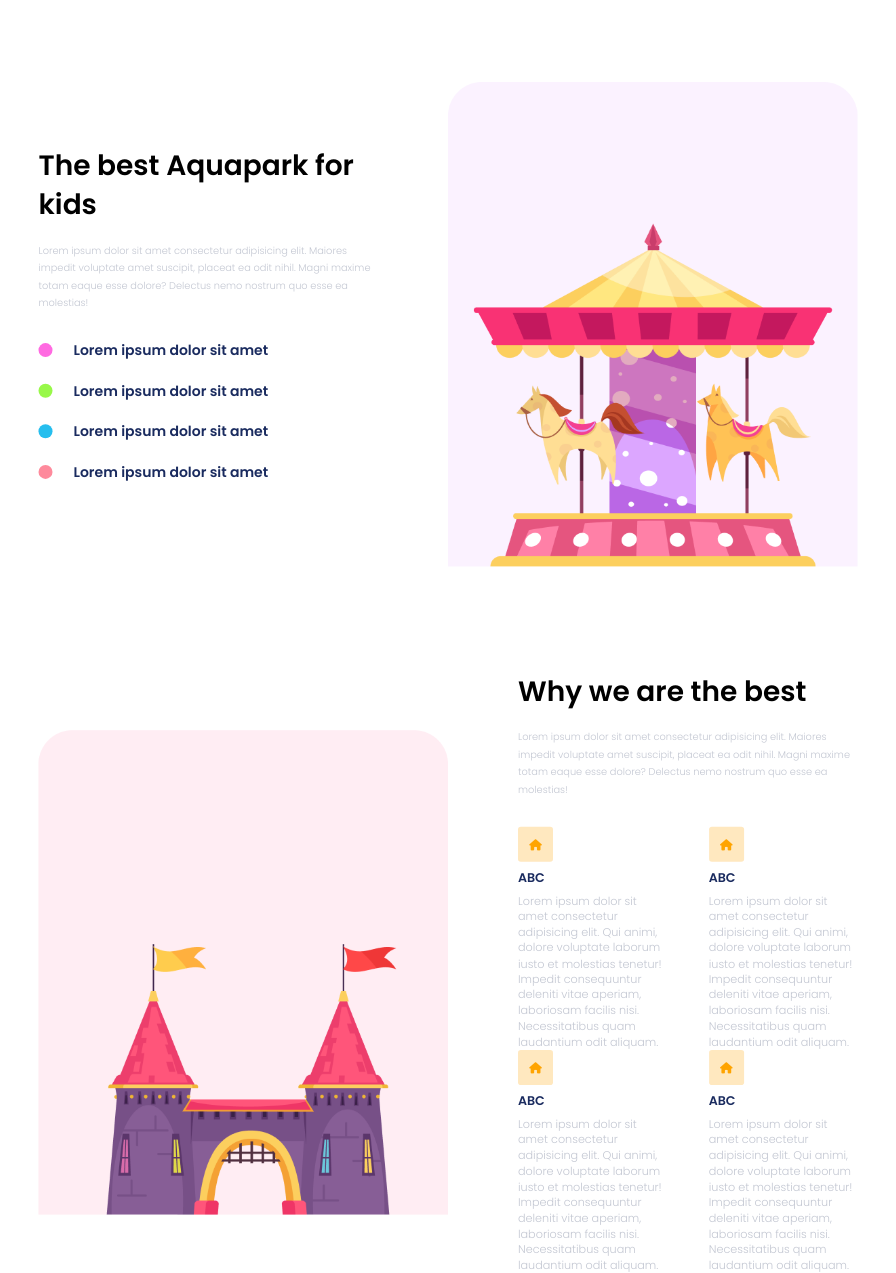
Repository: khuong30082000/the-playground
Page: index.html
These files come from the project's save history. The page is drawn as it stood at one moment and after the next save; the edit follows.
The browser window is 1280 px wide. The pictures show the part of the page from y = 2083 to 4003 px (the page is 3902 px tall before and 4003 px after), at 70% of full size.
Some web libraries are served in a nearby version. The style sheet was rebuilt from its Sass, Less or Tailwind sources for each picture, by a compiler version that may differ from the author's.

Above is the page before, as saved 2022-06-20 22:19:04.

### index.html
<!DOCTYPE html>
<html lang="en">
  <head>
    <meta charset="UTF-8" />
    <meta http-equiv="X-UA-Compatible" content="IE=edge" />
    <meta name="viewport" content="width=device-width, initial-scale=1.0" />
    <title>Document</title>
    <link rel="stylesheet" href="css/style.css" />
    <link rel="preconnect" href="https://fonts.googleapis.com" />
    <link rel="preconnect" href="https://fonts.gstatic.com" crossorigin />
    <link
      href="https://fonts.googleapis.com/css2?family=Poppins:wght@300;400;600;700&display=swap"
      rel="stylesheet"
    />
    <link rel="stylesheet" href="https://cdnjs.cloudflare.com/ajax/libs/font-awesome/6.1.1/css/all.min.css" integrity="sha512-KfkfwYDsLkIlwQp6LFnl8zNdLGxu9YAA1QvwINks4PhcElQSvqcyVLLD9aMhXd13uQjoXtEKNosOWaZqXgel0g==" crossorigin="anonymous" referrerpolicy="no-referrer" />
  </head>
   <!-- sass scss/style.scss css/style.css --watch -->
  <body>
    <div class="wrapper">
      <header class="header">
        <div class="container header__inner">
          <a href="" class="header__logo">
            <span class="header__text">Play</span>ground
          </a>
          <nav class="header__menu">
            <ul class="header__menu-list">
              <li class="header__menu-item">
                <a href="" class="header__menu-link">Events</a>
              </li>
              <li class="header__menu-item">
                <a href="" class="header__menu-link">Pricing</a>
              </li>
              <li class="header__menu-item">
                <a href="" class="header__menu-link">Blog</a>
              </li>
              <li class="header__menu-item ">
                <a href="" class="header__menu-link header__menu-login">Login</a>
              </li>
            </ul>
          </nav>
        </div>
      </header>
      <section class="banner">
        <div class="container">
            <h1 class="banner__heading">The Kids PlayGround</h1>
            <p class="banner__desc">Lorem ipsum dolor sit amet consectetur adipisicing elit. Vitae voluptatibus minus veritatis. Minus explicabo maxime blanditiis reprehenderit. Voluptatum, quae. Expedita itaque sunt necessitatibus excepturi illum ea maxime quod corrupti vitae.</p>
            <div class="banner__buttons">
                  <a href="" class="btn btn--border btn--rounded">Explore</a>
                  <a href="" class="btn btn--primary btn--rounded has-shadow">Buy Tickets</a>
            </div>
        </div>
      </section>
     <section class="category">
        <div class="container">
            <ul class="category__list">
                <li class="category__item">
                    <img src="images/img1.png" alt="" class="category__image">
                    <h3 class="category__name">Safe Rides Safe Rides Safe Rides </h3>
                    <a href="" class="category__details">
                        abc <i class="fa fa-angle-right"></i>
                    </a>
                </li>
                <li class="category__item">
                    <img src="images/img2.png" alt="" class="category__image">
                    <h3 class="category__name">Safe Rides</h3>
                    <a href="" class="category__details">
                        abc <i class="fa fa-angle-right"></i>
                    </a>
                </li>
                <li class="category__item">
                    <img src="images/img3.png" alt="" class="category__image">
                    <h3 class="category__name">Safe Rides</h3>
                    <a href="" class="category__details">
                        abc <i class="fa fa-angle-right"></i>
                    </a>
                </li>
                <li class="category__item">
                    <img src="images/img4.png" alt="" class="category__image">
                    <h3 class="category__name">Safe Rides</h3>
                    <a href="" class="category__details">
                        abc <i class="fa fa-angle-right"></i>
                    </a>
                </li>
            </ul>
        </div>
     </section>
     <section class="feature">
      <div class="container">
        <div class="feature__item">
          <div class="feature__image">
            <img src="images/img5.png" alt="" srcset="">
          </div>
          <div class="feature__info">
            <h2 class="feature__heading">The outdoor environment is age-appropriate to play</h2>
            <p class="feature__desc">Lorem ipsum dolor sit amet consectetur adipisicing elit. Maiores impedit voluptate amet suscipit, placeat ea odit nihil. Magni maxime totam eaque esse dolore? Delectus nemo nostrum quo esse ea molestias!</p>
            <ul class="feature__list">
              <li class="feature__intro-item">Lorem ipsum dolor sit amet consectetur adipisicing elit.</li>
              <li class="feature__intro-item">Lorem ipsum dolor sit amet consectetur adipisicing elit.</li>
              <li class="feature__intro-item">Lorem ipsum dolor sit amet consectetur adipisicing elit.</li>
            </ul>
            <a href="" class="btn btn--primary btn--rounded">Visit Now </a>

          </div>

        </div>
        <div class="feature__item">
          <div class="feature__image">
            <img src="images/img6.png" alt="" srcset="">
          </div>
          <div class="feature__info">
            <h2 class="feature__heading">The best Aquapark for kids</h2>
            <p class="feature__desc">Lorem ipsum dolor sit amet consectetur adipisicing elit. Maiores impedit voluptate amet suscipit, placeat ea odit nihil. Magni maxime totam eaque esse dolore? Delectus nemo nostrum quo esse ea molestias!</p>
            <ul class="feature__list">
              <li class="feature__intro-item feature__intro-item--circle">Lorem ipsum dolor sit amet</li>
              <li class="feature__intro-item feature__intro-item--circle">Lorem ipsum dolor sit amet</li>
              <li class="feature__intro-item feature__intro-item--circle">Lorem ipsum dolor sit amet</li>
              <li class="feature__intro-item feature__intro-item--circle">Lorem ipsum dolor sit amet</li>
            </ul>

          </div>

        </div>
        <div class="feature__item">
          <div class="feature__image">
            <img src="images/img7.png" alt="" srcset="">
          </div>
          <div class="feature__info">
            <h2 class="feature__heading">Why we are the best</h2>
            <p class="feature__desc">Lorem ipsum dolor sit amet consectetur adipisicing elit. Maiores impedit voluptate amet suscipit, placeat ea odit nihil. Magni maxime totam eaque esse dolore? Delectus nemo nostrum quo esse ea molestias!</p>
            <ul class="feature__best-list">
              <li class="feature__best-item">
               <div class="feature__best-icon">
                 <i class="fa fa-home"></i>
               </div>
                <h4 class="feature__best-title">ABC</h4>
                <p class="feature__best-desc">Lorem ipsum dolor sit amet consectetur adipisicing elit. Qui animi, dolore voluptate laborum iusto et molestias tenetur! Impedit consequuntur deleniti vitae aperiam, laboriosam facilis nisi. Necessitatibus quam laudantium odit aliquam.</p>
              </li>
              <li class="feature__best-item">
                <div class="feature__best-icon">
                  <i class="fa fa-home"></i>
                </div>
                <h4 class="feature__best-title">ABC</h4>
                <p class="feature__best-desc">Lorem ipsum dolor sit amet consectetur adipisicing elit. Qui animi, dolore voluptate laborum iusto et molestias tenetur! Impedit consequuntur deleniti vitae aperiam, laboriosam facilis nisi. Necessitatibus quam laudantium odit aliquam.</p>
              </li>
              <li class="feature__best-item">
                <div class="feature__best-icon">
                  <i class="fa fa-home"></i>
                </div>
                <h4 class="feature__best-title">ABC</h4>
                <p class="feature__best-desc">Lorem ipsum dolor sit amet consectetur adipisicing elit. Qui animi, dolore voluptate laborum iusto et molestias tenetur! Impedit consequuntur deleniti vitae aperiam, laboriosam facilis nisi. Necessitatibus quam laudantium odit aliquam.</p>
              </li>
              <li class="feature__best-item">
                <div class="feature__best-icon">
                  <i class="fa fa-home"></i>
                </div>
                <h4 class="feature__best-title">ABC</h4>
                <p class="feature__best-desc">Lorem ipsum dolor sit amet consectetur adipisicing elit. Qui animi, dolore voluptate laborum iusto et molestias tenetur! Impedit consequuntur deleniti vitae aperiam, laboriosam facilis nisi. Necessitatibus quam laudantium odit aliquam.</p>
              </li>

            </ul>

          </div>

        </div>
      </div>
     </section>
    </div>
  </body>
</html>

### scss/style.scss
@import "./variable";
@import "./mixins";
@import "./base";
@import  "./header";
@import "./banner";
@import "./category";
@import "./feature";

### scss/_variable.scss
$primary-color:#ffc87a;
$text-color:#1a2b5f;
$desc-color:rgb(195,199,210);

### scss/_mixins.scss
@mixin flex($align:flex-start,$justify:flex-start,$wrap:nowrap) {
   display:flex;
   align-items: $align;
   justify-content: $justify;
   flex-wrap: $wrap;
}

### scss/_base.scss
*,
*::before,
*::after {
    box-sizing: border-box;
}
* {
    margin: 0;
    padding: 0;
}

html,
body {
    height: 100%;
    font-size: 62.5%;
}
a {
    text-decoration: none;
}
ul {
    list-style: none;;
}
body {
    line-height: 1.5;
    -webkit-font-smoothing: antialiased;
    -webkit-tap-highlight-color: rgba(0, 0, 0, 0);
}
img {
    display: block;
    max-width: 100%;
}

input,
button,
textarea,
select {
    font: inherit;
    outline: none;
    border: none;
}
p,
h1,
h2,
h3,
h4,
h5,
h6 {
    overflow-wrap: break-word;
}
body {
    font-family: "Poppins", sans-serif;
    font-size: 1.6rem;
    line-height: 1.4;

}
.wrapper {
    max-width: 1440px;
    margin: auto ;
}
.container {
    max-width: 1210px;
    padding-left: 20px;
    padding-right: 20px;
    margin: 0 auto;
}
.btn {
    cursor: pointer;
    outline: none;
    text-align: center;
    font-size: 1.6rem;
    color: $text-color;
    display: inline-block;
    padding: 15px 30px;
    border: 0;
    background-color: transparent;
    &--border {
        border: 1px solid currentColor;
    }
    &--rounded {
        border-radius: 50px;
    }
    &--primary {
        background-color: $primary-color;
        &.has-shadow {
            box-shadow: 0 10px 35px -5px $primary-color;
        }
    }
}

### scss/_header.scss
.header {
  padding-top: 40px;
  &__logo {
    font-size: 2.5rem;
    font-weight: 600;
    color: $text-color;
  }
  &__text {
    color: $primary-color;
  }
  &__inner {
    display: flex;
    justify-content: space-between;
  }

  &__menu-list {
    display: flex;
    align-items: center;
  }
  &__menu-item {
    margin-left: 50px;

  }
  &__menu-item:last-child {
    margin-left: 70px;
  }
  &__menu-link {
    font-size: 1.6rem;
    color: $text-color;
    transition: color .25s linear,border .25s linear;
    &:hover {
      color: $primary-color;
    }
  }
  &__menu-login {
    padding:15px 25px;
    border:1px solid currentColor;
    border-radius: 25px;
  }
}

### scss/_banner.scss
.banner{
    padding-top: 150px;
    padding-bottom: 150px;
    margin: 0 auto;
    max-width: 800px;
    text-align: center;
    &__heading {
       font-weight: 700;
       font-size: 4.5rem;
       margin-bottom: 30px;
       color:$text-color;
    }
    &__desc{
        margin-bottom:20px;
        font-size: 1.8rem;
        font-weight: 300;
        margin-bottom: 40px;
        color:$desc-color;
    }
    &__buttons {
        display: flex;
        justify-content: center;
        align-items: stretch;
        .btn {
            margin:0 10px;
        }
    }
}

### scss/_category.scss
.category {
    &__list {
        display: flex;
        align-items: stretch;
        justify-content: space-between;
        flex-wrap: wrap;
    }
    &__item {
        width: calc(25% - 22.5px);
        padding: 25px;
        // background-color: #fafafa;
        border-radius: 20px;
        display: flex;
        // align-items: stretch;
        flex-direction: column;
        &:first-child {
            box-shadow: 0 6px 35px 20px rgb(255,243,247);
        }
        &:nth-child(2) {
            box-shadow: 0 6px 35px 20px rgb(255,237,236);
        }
        &:nth-last-child(2) {
            box-shadow: 0 6px 35px 20px rgb(239,241,254);
        }
        &:last-child {
            box-shadow: 0 6px 35px 20px rgb(254,248,236);
        }
    }
    &__image {
        border-radius: inherit;
        height: 230px;
        width: 100%;
        object-fit: cover;
        margin-bottom: 40px;
    }
    &__name {
        font-size: 2.5rem;
        margin-bottom: 25px;
        color:$text-color;
        // white-space: nowrap;
        // overflow: hidden;
        // text-overflow: ellipsis;

    }
    &__details {
        font-size: 1.4rem;
        color:$desc-color;
        margin-top: auto;
        & i {
            margin-left: 15px;
        }
    }


}

### scss/_feature.scss
.feature {
    padding-top: 180px;
    &__item {
        display: flex;
        align-items: center;
        margin-bottom: 150px;
        &:nth-child(odd) {
            .feature__info {
                padding-left: 100px;
            }
        }
        &:nth-child(even) {
            flex-direction: row-reverse;
            .feature__info {
                padding-right: 100px;
            }
        }
    }
    &__image,&__info {
        width: 50%;
    }
    // &__info {
    //    padding-left: 100px;
    // }
    &__heading {
        font-size: 40px;
        font-weight: 600;
        margin-bottom: 25px;
    }
    &__desc {
        font-weight: 300;
        font-size: 1.4rem;
        color:$desc-color;
        margin-bottom: 40px;
        line-height: 1.8;
    }
    &__list{
        & .feature__intro-item {
            font-weight: 600;
            margin-bottom: 30px;
            text-decoration: underline;
            font-size: 2rem;
            color:$text-color;
            &--circle {
                text-decoration: none;
                position: relative;
                padding-left: 50px;
                &::before {
                    content: "";
                    left: 0;
                    top: 50%;
                    transform: translateY(-50%);
                    width: 20px;
                    height: 20px;
                    border-radius: 20px;
                    background-color: rgb(255,106,225);
                    position: absolute;

                }
                &:nth-child(2)::before {
                    background-color: rgb(152,248,73);
                }
                &:nth-child(3)::before {
                    background-color: rgb(38,190,238);
                }
                &:last-child::before {
                    background-color: rgb(254,138,156);
                }

            }

        }
    }
    &__best {
        &-list {
            display: flex;
            justify-content: space-between;
            flex-wrap: wrap;

        }
        &-item {
            width: calc(50% - 30px);
        }
        &-icon {
            margin-bottom: 10px;
            width: 50px;
            height: 50px;
            border-radius: 4px;
            color:#ffa400;
            position: relative;
            display: flex;
            justify-content: center;
            align-items: center;
            position: relative;
            z-index: 1;
            &::after {
                content: "";
                width: 100%;
                height: 100%;
                border-radius: inherit;
                background-color: currentColor;
                position: absolute;
                opacity: 0.25;
                top:0;
                left: 0;
                z-index: -1;
            }

        }
        &-title {
            font-size: 1.8rem;
            margin-bottom: 10px;
            font-weight: 600;
            color: $text-color;
        }
        &-desc {
            font-weight: 300;
            color:$desc-color;
        }

    }
}

After the next save:
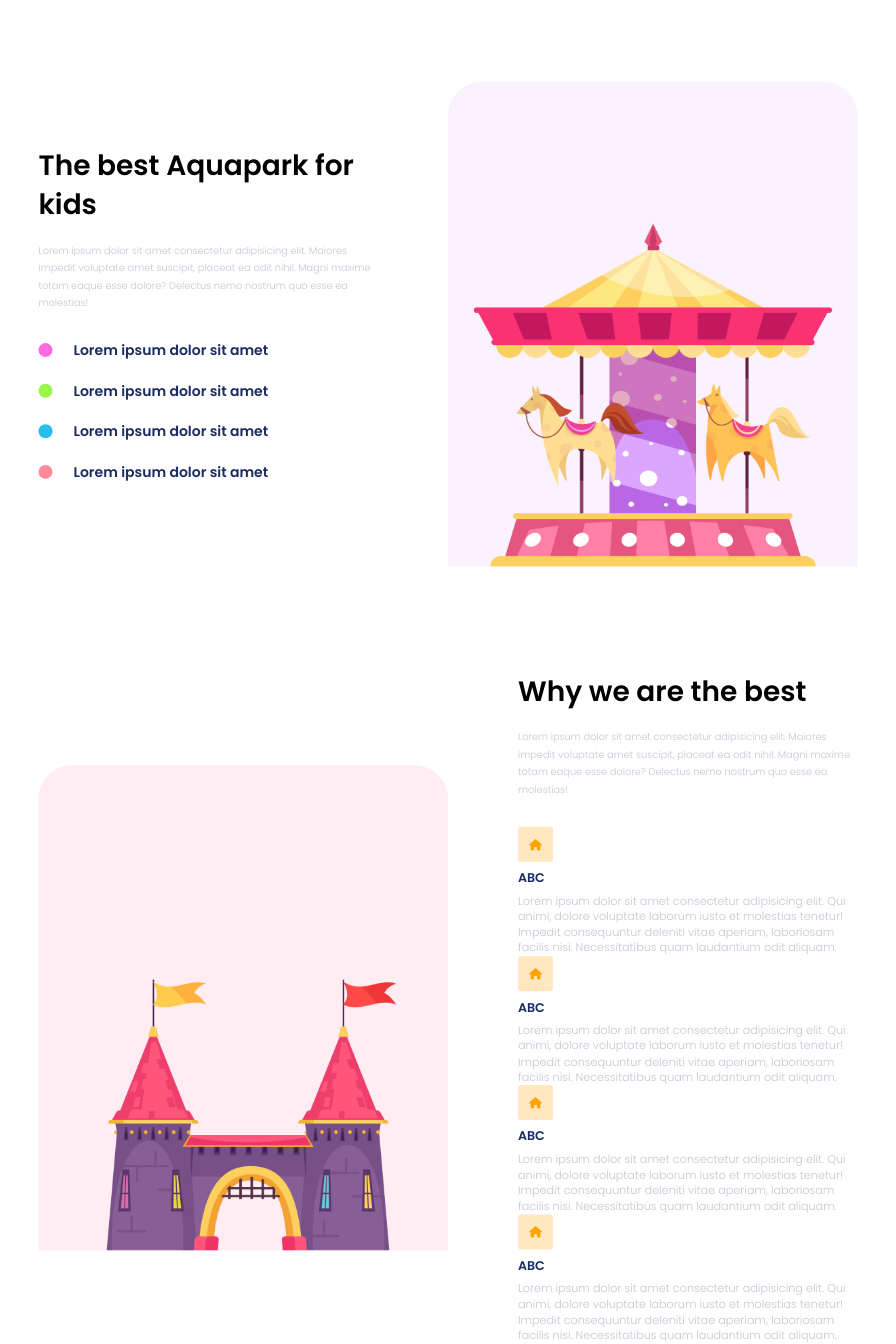
Saved 13 s later.
--- a/scss/_feature.scss
+++ b/scss/_feature.scss
@@ -79,7 +79,7 @@
 
         }
         &-item {
-            width: calc(50% - 30px);
+            // width: calc(50% - 30px);
         }
         &-icon {
             margin-bottom: 10px;

After the save that followed:
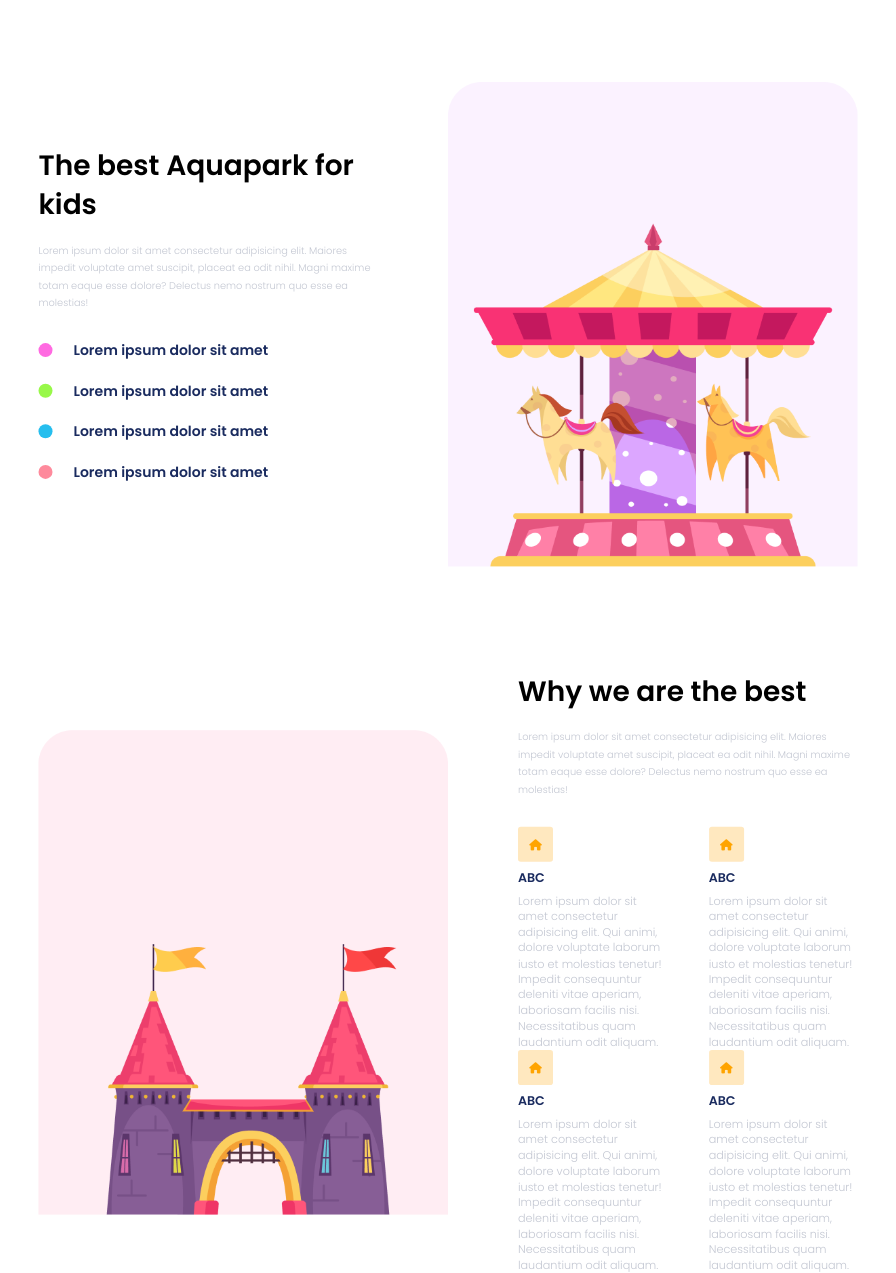
Saved 21 s later.
--- a/scss/_feature.scss
+++ b/scss/_feature.scss
@@ -79,7 +79,7 @@
 
         }
         &-item {
-            // width: calc(50% - 30px);
+            width: calc(50% - 30px);
         }
         &-icon {
             margin-bottom: 10px;
